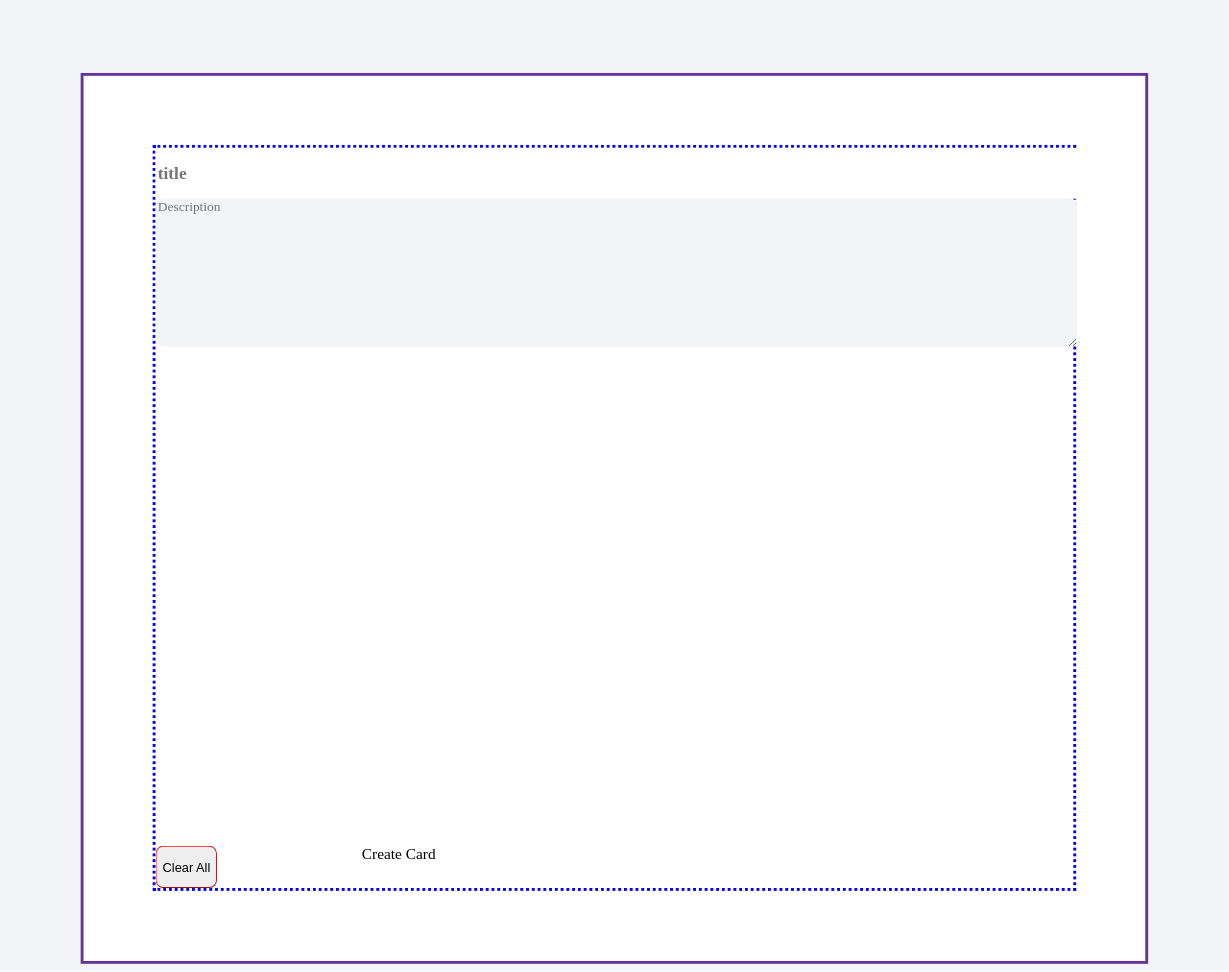
Repository: ReyhanehRahmani/TO-DO
Page: index.html
The author's editor kept a copy of each file at every save. The page is drawn from the files as they stood at one save, then again after the next save.
The browser window is 1280 px wide. The pictures show the whole page, at 96% of full size.

Above is the page before, as saved 2025-06-07 22:33:26.

### index.html
<!DOCTYPE html>

<html lang="en">

    <head>

        <meta name="viewport" content="width=device-width, initial-scale=1.0" />

        <title>TO-DO</title>

        <link rel="icon" type="image/jpg" href="favicon.png">

        <link rel="stylesheet" href="style.css">

    </head>
    <body>
        <div id="main-card">
            <div id="content">
                <div >
                <div id="title">
                    <input type="text" id="titlebox" minlength="3" maxlength="30" placeholder="title">
                </div>
                <div id="description">
                    <textarea type="text" id="descriptionbox" maxlength="200" placeholder="Description"></textarea>
                </div>
                </div>

                <div id="buttons">
                    <div id="clear"><button id="clearbut">Clear All</button></div>
                    <div id="creat">Create Card</div>
                </div>
            </div>
        </div>
    </body>

### style.css
body{
    background-color: #F2F4F7;
}



#main-card{
    margin-left: 6%;
    margin-right: 6%;
    margin-top: 6%;
    background-color: #FFFFFF;
    border: solid rebeccapurple;
}

#content{
    margin-right: 6.557377049%;
    margin-left: 6.557377049%;
    margin-top: 6.557377049%;
    margin-bottom: 6.557377049%;
    border: dotted blue;
}

#titlebox{
    font-family: Poppins;
    font-weight: 700;
    font-size: 18px;
    line-height: 150%;
    letter-spacing: -2%;
    border: none;
    width: 100%;
    height: 51px;
}

#descriptionbox{
    border: none;
    width: 100%;
    font-family: 'Poppins';
    font-weight: 500;
    font-size: 14px;
    line-height: 100%;
    letter-spacing: -3%;
    height: 150px;
    border-radius: 8px;
    background: #F2F4F7;

}

#content{
    display: flex;
    flex-direction: column;
    justify-content: space-between;
    gap: 516px;
}

#buttons{
    display: flex;
    justify-content: space-between;
    gap: 3.773584906%;
    width: 30.503144654%;
    height: 44px;

}

#clearbut{
    height: 44px;
    border-radius: 8px;
    border-width: 1.4px;
    border-color: #FF1616;

}

After the next save:
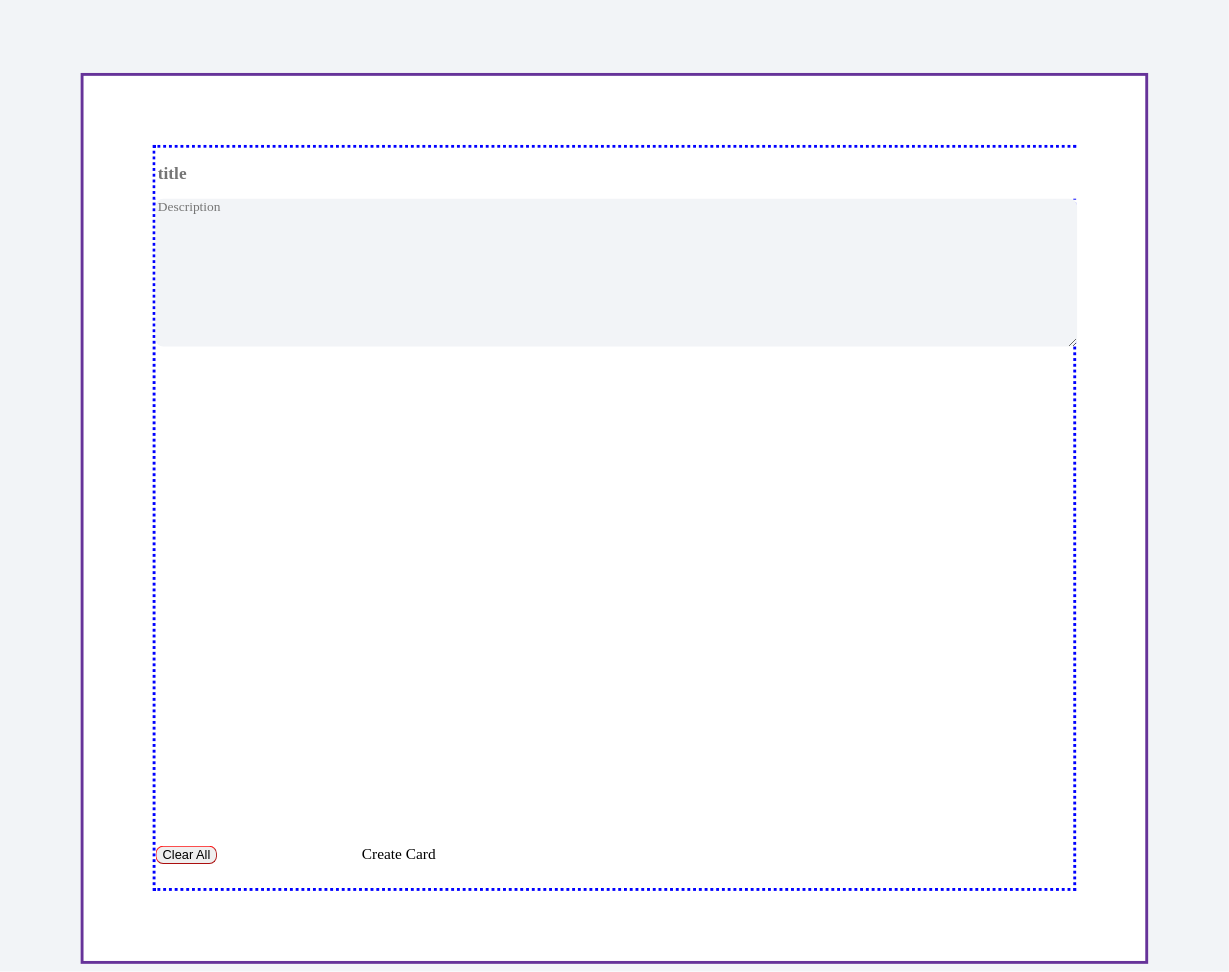
Saved 4 s later.
--- a/style.css
+++ b/style.css
@@ -62,7 +62,6 @@ body{
 }
 
 #clearbut{
-    height: 44px;
     border-radius: 8px;
     border-width: 1.4px;
     border-color: #FF1616;
